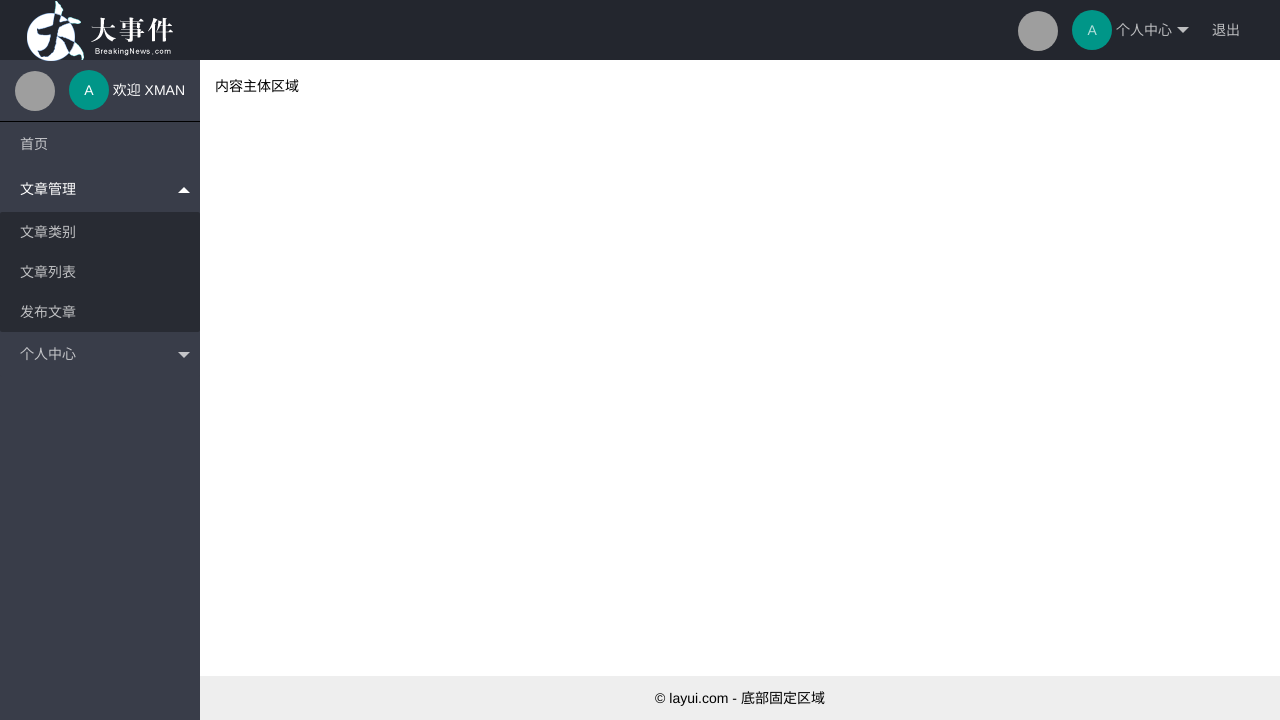
Repository: xxsleep/-
Page: home/index.html
The author's editor kept a copy of each file at every save. The page is drawn from the files as they stood at one save, then again after the next save.
The browser window is 1280 px wide. The pictures show the whole page.
Pictures or frames that could not be fetched are drawn as grey boxes.

Above is the page before, as saved 2020-11-24 20:48:13.

### home/index.html
<!DOCTYPE html>
<html>

<head>
    <meta charset="utf-8">
    <meta name="viewport" content="width=device-width, initial-scale=1, maximum-scale=1">
    <title>75期大事件后台主页</title>
    <link rel="stylesheet" href="/assets/lib/layui/css/layui.css">
    <link rel="stylesheet" href="/assets/css/index.css">
</head>

<body class="layui-layout-body">
    <div class="layui-layout layui-layout-admin">
        <div class="layui-header">
            <div class="layui-logo">
                <img src="/assets/images/logo.png" alt="">
            </div>

            <ul class="layui-nav layui-layout-right">
                <li class="layui-nav-item">
                    <a href="javascript:;">
                        <img src="http://t.cn/RCzsdCq" class="layui-nav-img">
                        <span class="text-avatar">A</span>
                        个人中心
                    </a>
                    <dl class="layui-nav-child">
                        <dd><a href="">基本资料</a></dd>
                        <dd><a href="">更换头像</a></dd>
                        <dd><a href="">重置密码</a></dd>
                    </dl>
                </li>
                <li class="layui-nav-item"><a href="">退出</a></li>
            </ul>
        </div>

        <div class="layui-side layui-bg-black">
            <div class="layui-side-scroll">
                <div class="userInfo">
                    <img src="http://t.cn/RCzsdCq" class="layui-nav-img">
                    <!-- text-avatar 文字头像 -->
                    <span class="text-avatar">A</span>
                    <span id="welcome">欢迎 XMAN</span>
                </div>
                <!-- 左侧导航区域（可配合layui已有的垂直导航） -->
                <ul class="layui-nav layui-nav-tree" lay-filter="test" lay-shrink="all">
                    <li class="layui-nav-item"><a href="" layui-this>首页</a></li>

                    <li class="layui-nav-item layui-nav-itemed">
                        <a class="" href="javascript:;">文章管理</a>
                        <dl class="layui-nav-child">
                            <dd><a href="javascript:;">文章类别</a></dd>
                            <dd><a href="javascript:;">文章列表</a></dd>
                            <dd><a href="javascript:;">发布文章</a></dd>
                        </dl>
                    </li>
                    <li class="layui-nav-item">
                        <a href="javascript:;">个人中心</a>
                        <dl class="layui-nav-child">
                            <dd><a href="javascript:;">基本资料</a></dd>
                            <dd><a href="javascript:;">更换头像</a></dd>
                            <dd><a href="">重置密码</a></dd>
                        </dl>
                    </li>

                </ul>
            </div>
        </div>

        <div class="layui-body">
            <!-- 内容主体区域 -->
            <div style="padding: 15px;">内容主体区域</div>
        </div>

        <div class="layui-footer">
            <!-- 底部固定区域 -->
            © layui.com - 底部固定区域
        </div>
    </div>
    <script src="/assets/lib/layui/layui.all.js"></script>
</body>

</html>

### assets/css/index.css
* {
    margin: 0;
    padding: 0;
}

.layui-footer {
    text-align: center;
}

.iconfont, .layui-icon {
    margin-right: 8px;
}

.layui-icon {
    margin-left: 20px;
}

iframe {
    width: 100%;
    height: 100%;
    background-color: #f2f3f5;
}

.layui-body {
    overflow: hidden;
}

.text-avatar {
    display: inline-block;
    width: 40px;
    height: 40px;
    border-radius: 50%;
    line-height: 40px;
    text-align: center;
    background-color: #009688;
}

.layui-nav-img {
    width: 40px;
    height: 40px;
}

.layui-side .userInfo {
    width: 200px;
    text-align: center;
    padding: 10px 0;
    border-bottom: 1px solid #000;
}

Loaded but not shown: assets/lib/layui/css/layui.css (library); assets/lib/layui/layui.all.js (library); assets/lib/layui/css/modules/laydate/default/laydate.css (library); assets/lib/layui/css/modules/layer/default/layer.css (library); assets/lib/layui/css/modules/code.css (common file)

After the next save:
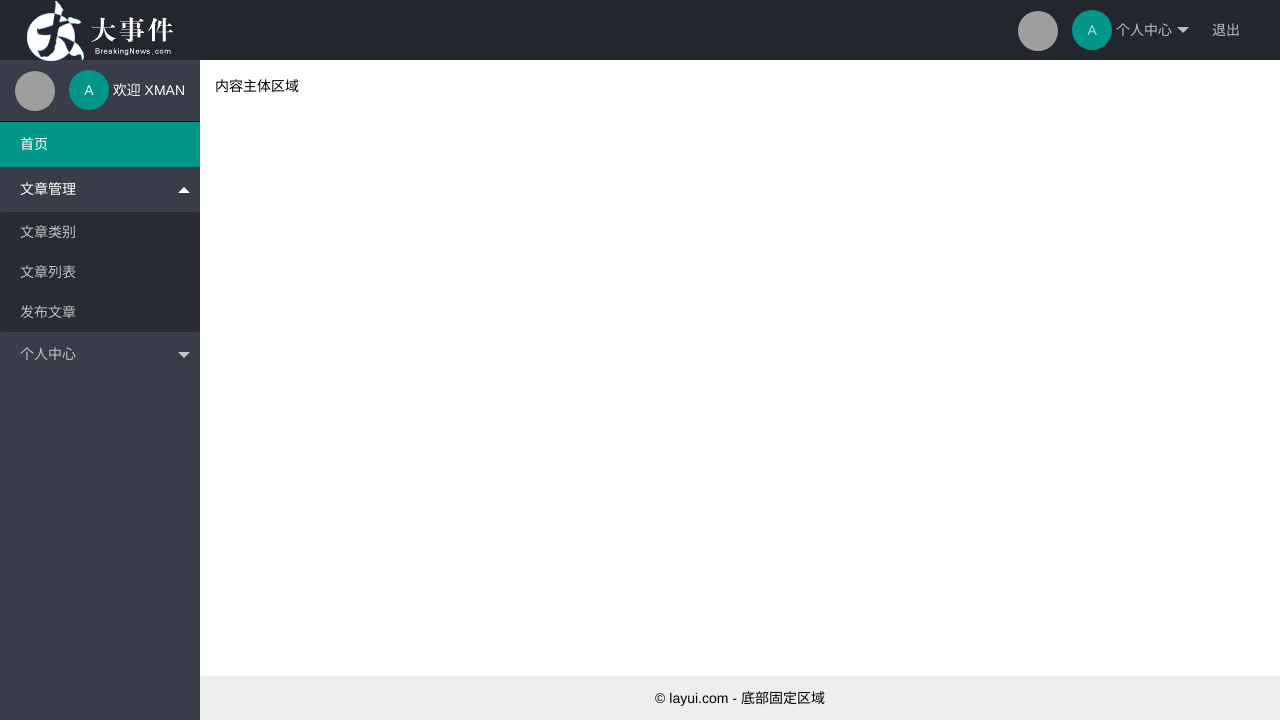
Saved 20 s later.
--- a/home/index.html
+++ b/home/index.html
@@ -43,7 +43,7 @@
                 </div>
                 <!-- 左侧导航区域（可配合layui已有的垂直导航） -->
                 <ul class="layui-nav layui-nav-tree" lay-filter="test" lay-shrink="all">
-                    <li class="layui-nav-item"><a href="" layui-this>首页</a></li>
+                    <li class="layui-nav-item layui-this"><a href="">首页</a></li>
 
                     <li class="layui-nav-item layui-nav-itemed">
                         <a class="" href="javascript:;">文章管理</a>
